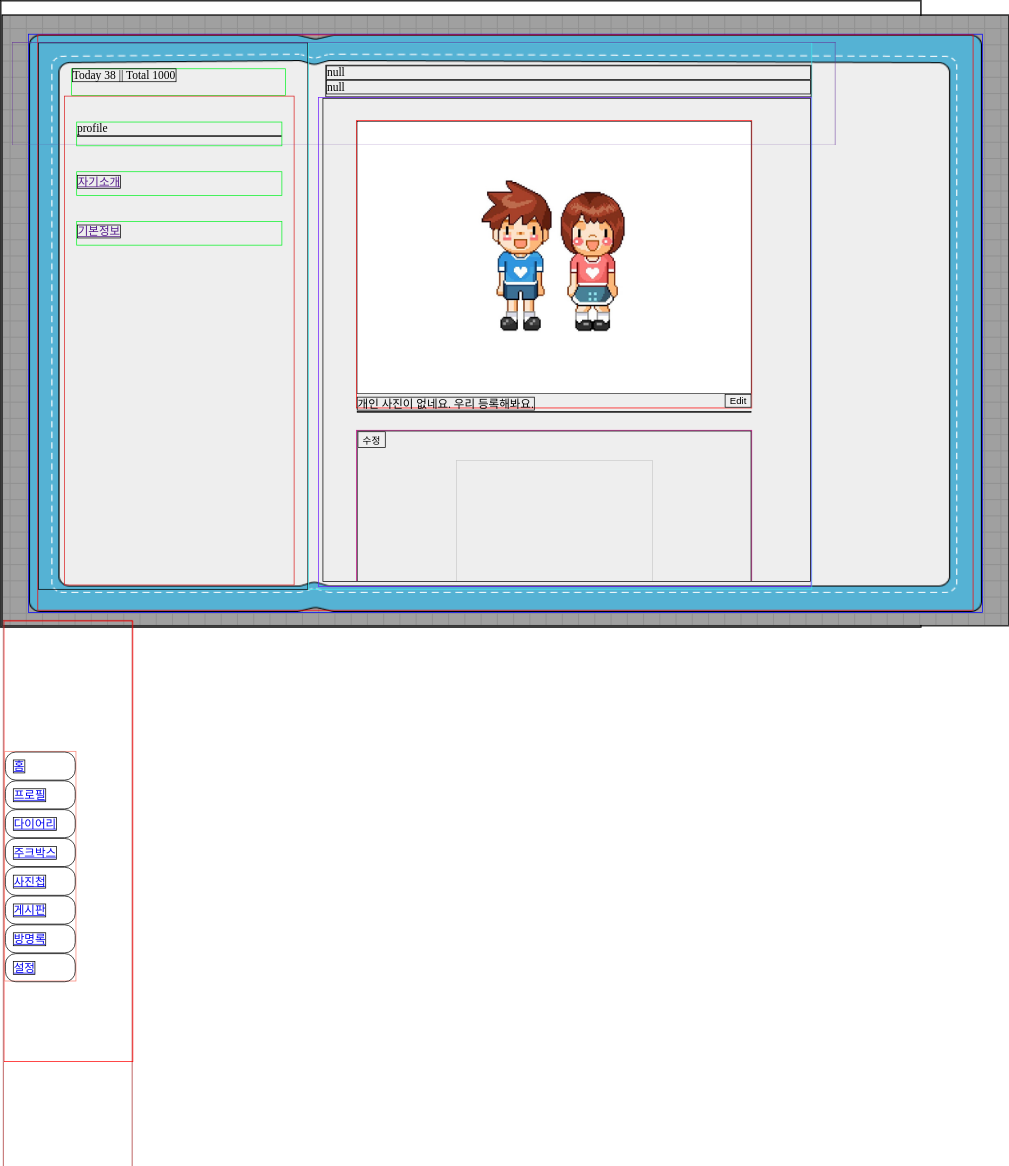
Repository: BBoBBoM/Jsp-workspace
Page: http://localhost/cyworldrenew1/profile.jsp
The author's editor kept a copy of each file at every save. The page is drawn from the files as they stood at one save, then again after a run of saves.
The browser window is 1280 px wide. The page is 1401 px wide, so the pictures cover 1401 px, including what lies to the right of the window. The pictures show the whole page, at 72% of full size.
An inner scrolling area shows only its first screen. The page is served by Tomcat 9. Queries for data that is not in the repository find no rows.

Above is the page before, as saved 2023-05-31 07:14:20.
Console error: SyntaxError: Invalid or unexpected token

After the next 2 saves:
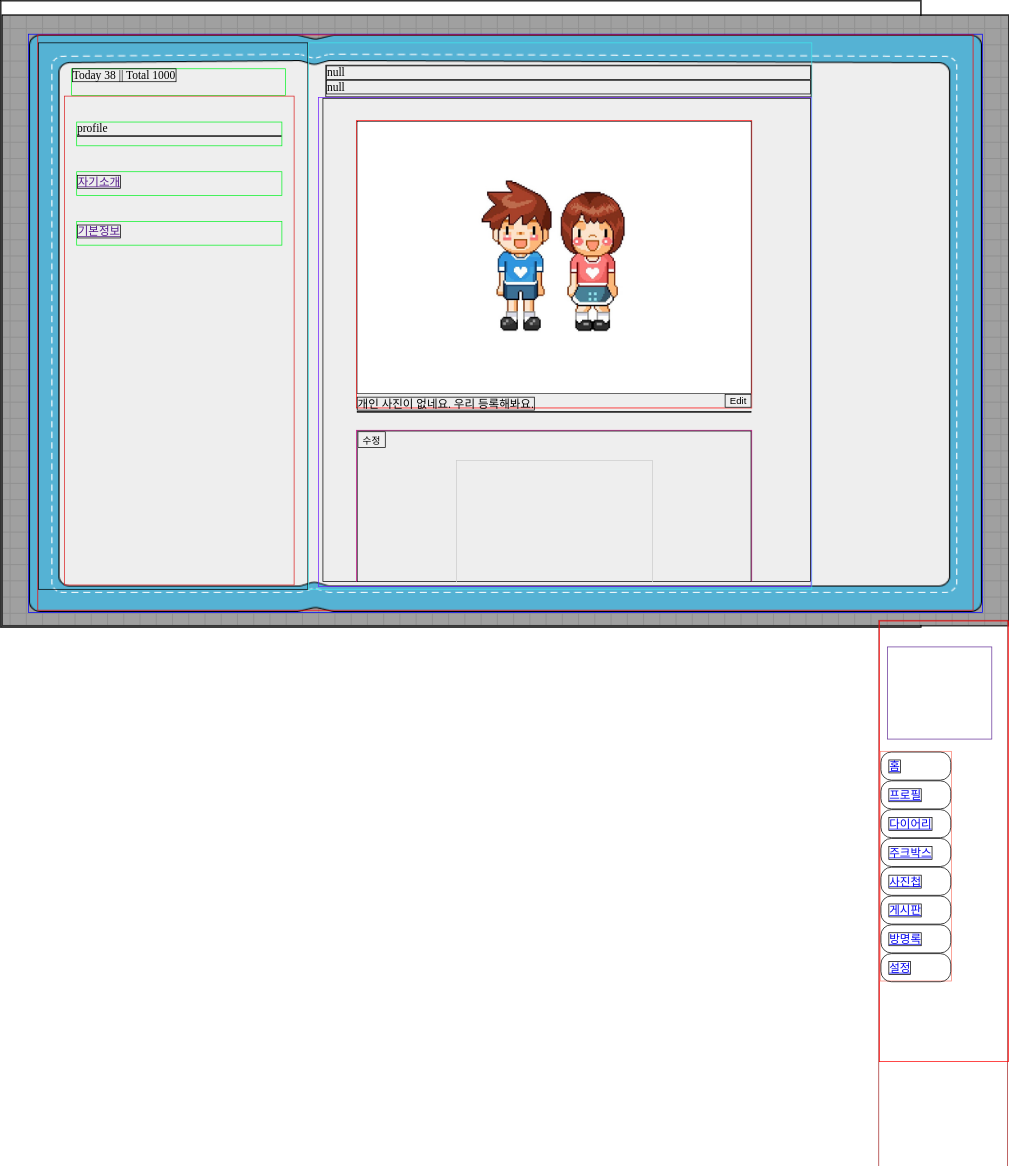
The 2 saves are shown as one change because they came seconds apart.
The last was saved 16 s later.
--- a/cyworldrenew1/src/main/webapp/profile.css
+++ b/cyworldrenew1/src/main/webapp/profile.css
@@ -73,10 +73,10 @@
 #right_contentsdiv_border {
 	width: 180px;
 	height: 760px;
-floast:right;
+float:right;
 	margin: 10px 0px;
 	padding: 0px;
-
+position:relative;
 	border: 1px solid brown;
 
 }
